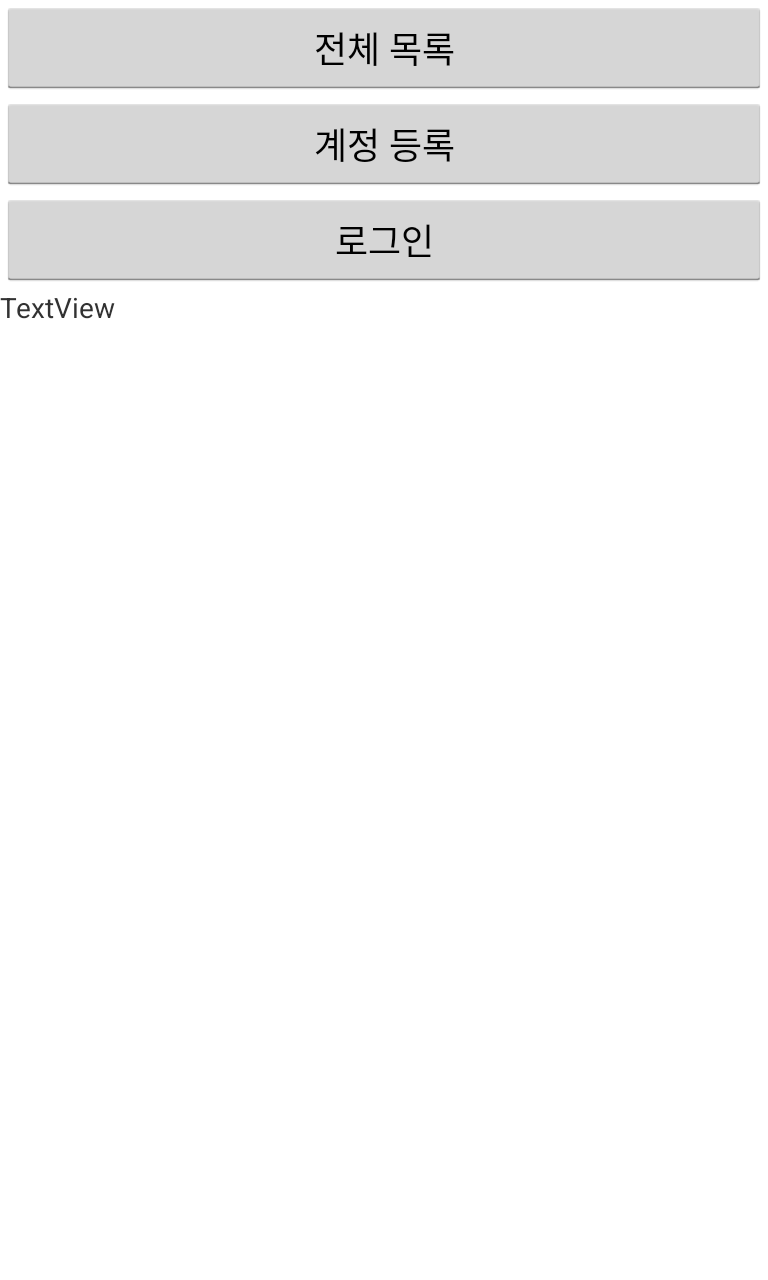
Repository: OnionLord/BurgerWIKI
Layout: burgerDicApp/BurgerDictionary/res/layout/actmain.xml
The author's editor kept a copy of each file at every save. The layout is drawn from the files as they stood at one save, then again after the next save.
It is drawn on a 768 x 1280 px phone screen (xhdpi) without system bars, with theme AppTheme; the app's code is not run.

Above is the layout before, as saved 2014-11-06 15:00:38.

### burgerDicApp/BurgerDictionary/res/layout/actmain.xml
<LinearLayout xmlns:android="http://schemas.android.com/apk/res/android"
    android:layout_width="fill_parent"
    android:layout_height="fill_parent"
    android:orientation="vertical" >

    <Button
        android:id="@+id/main_btn_list"
        android:layout_width="fill_parent"
        android:layout_height="wrap_content"
        android:onClick="onClickButton"
        android:text="전체 목록" />

    <Button
        android:id="@+id/main_btn_reg"
        android:layout_width="fill_parent"
        android:layout_height="wrap_content"
        android:onClick="onClickButton"
        android:text="계정 등록" />
    <Button
        android:id="@+id/main_btn_login"
        android:layout_width="fill_parent"
        android:layout_height="wrap_content"
        android:onClick="onClickButton"
        android:text="로그인" />

	<TextView
        android:id="@+id/main_test"
        android:layout_width="wrap_content"
        android:layout_height="wrap_content"
        android:text="TextView" />

</LinearLayout>

Loaded but not shown: burgerDicApp/BurgerDictionary/res/values/styles.xml (common file); burgerDicApp/BurgerDictionary/res/values-v11/styles.xml (common file); burgerDicApp/BurgerDictionary/res/values-v14/styles.xml (common file)

After the next save:
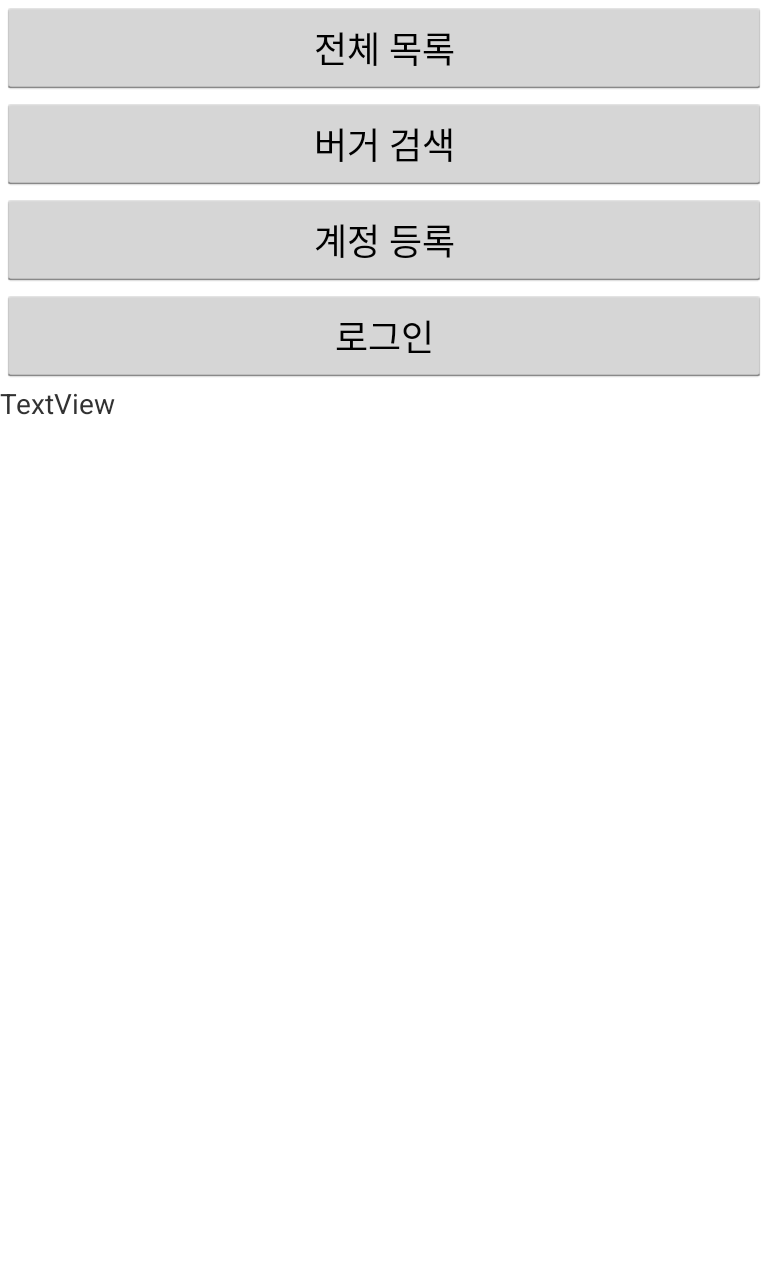
Saved 22 h 41 min later.
--- a/burgerDicApp/BurgerDictionary/res/layout/actmain.xml
+++ b/burgerDicApp/BurgerDictionary/res/layout/actmain.xml
@@ -9,7 +9,12 @@
         android:layout_height="wrap_content"
         android:onClick="onClickButton"
         android:text="전체 목록" />
-
+     <Button
+        android:id="@+id/main_btn_search"
+        android:layout_width="fill_parent"
+        android:layout_height="wrap_content"
+        android:onClick="onClickButton"
+        android:text="버거 검색" />
     <Button
         android:id="@+id/main_btn_reg"
         android:layout_width="fill_parent"
